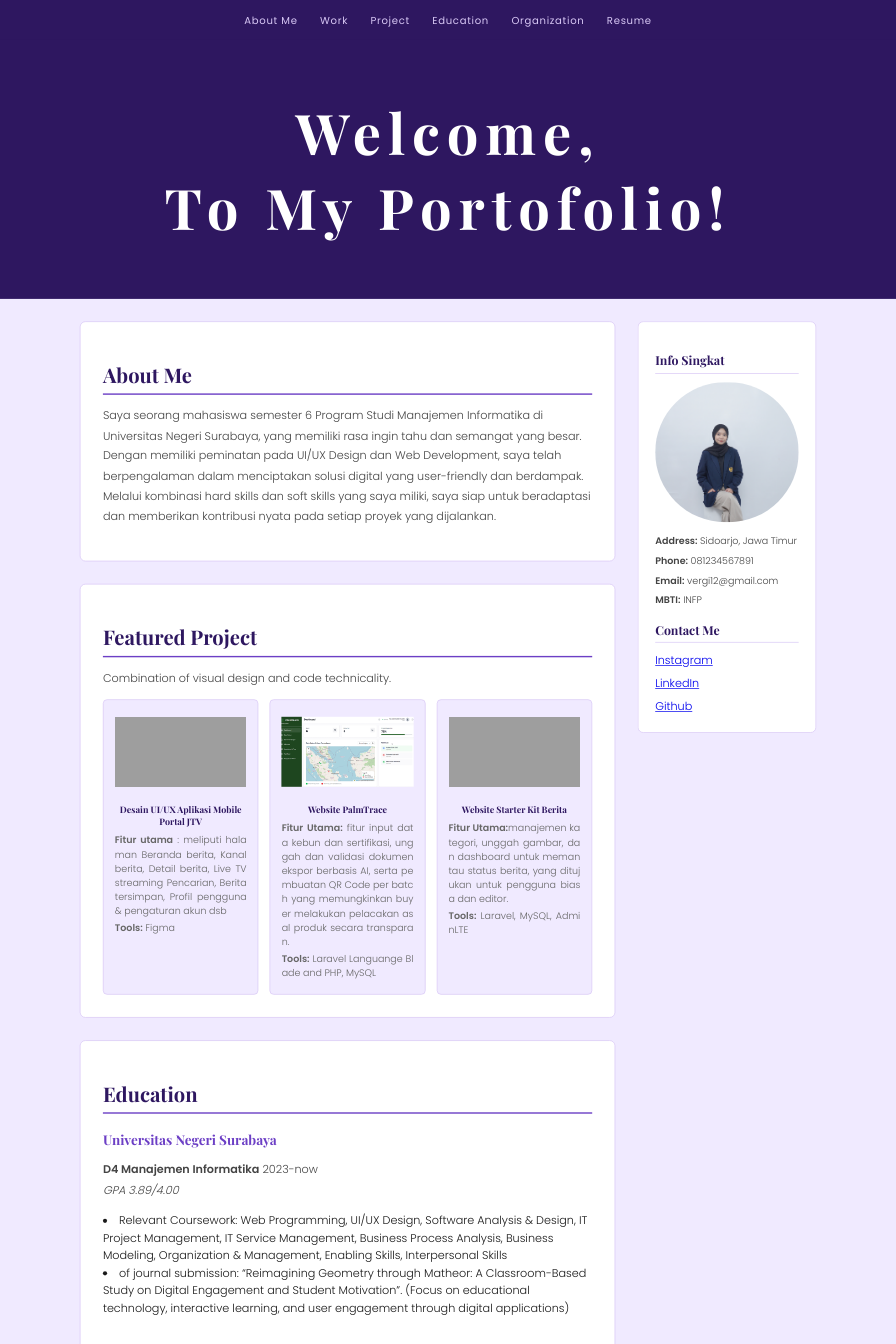
Repository: VergiMutiaRahmasyani/Website-Portofolio
Page: index.html
The author's editor kept a copy of each file at every save. The page is drawn from the files as they stood at one save, then again after the next save.
The browser window is 1280 px wide. The pictures show the part of the page from y = 0 to 1920 px (the page is 2877 px tall), at 70% of full size.
Pictures or frames that could not be fetched are drawn as grey boxes.

Above is the page before, as saved 2026-03-07 15:01:21.

### index.html
<!DOCTYPE html>
<html>
    <head>
        <meta charset="utf-8" />
        <meta name="viewport" content="width=device-width, initial-scale=1.0" />
        <title>Portofolio Vergi</title>

        <!-- My Own CSS -->
        <link rel="stylesheet" href="css/style.css" />

        <!-- Google Fonts -->
        <link rel="preconnect" href="https://fonts.googleapis.com">
        <link rel="preconnect" href="https://fonts.gstatic.com" crossorigin>
        <link href="https://fonts.googleapis.com/css2?family=Playfair+Display:wght@400;700&family=Poppins:wght@300;400;600&display=swap" rel="stylesheet">
    </head>

    <body>

        <!-- HEADER -->
        <header class="site-header">

            <!-- NAVBAR -->
            <div class="navbar">
                <nav class="nav-list">
                    <ul>
                        <li><a href="#About">About Me</a></li>
                        <li><a href="#Work">Work</a></li>
                        <li><a href="Project">Project</a></li>
                        <li><a href="#Education">Education</a></li>
                        <li><a href="Organization">Organization</a></li>
                        <li><a href="https://drive.google.com/file/d/13-ep7ykiG-k7d2KfzBZSPx55XoqW1qHe/view?usp=sharing" target="_blank"> Resume</a></li>
                    </ul>
                </nav>
            </div>

            <div class="hero">
                <div class="hero-overlay">
                    <h1>Welcome, <br> To My Portofolio!</h1>
                </div>
            </div>

        </header>

        <!-- MAIN -->
        <main>
            <div class="content-wrapper">
                <div id="content">
                    <article id="About">
                        <h2>About Me</h2>
                        <p>
                            Saya seorang mahasiswa semester 6 Program Studi Manajemen Informatika di Universitas Negeri Surabaya, yang memiliki rasa
                            ingin tahu dan semangat yang besar. Dengan memiliki peminatan pada UI/UX Design dan Web Development,
                            saya telah berpengalaman dalam menciptakan solusi digital yang user-friendly dan berdampak. Melalui
                            kombinasi hard skills dan soft skills yang saya miliki, saya siap untuk beradaptasi dan memberikan kontribusi
                            nyata pada setiap proyek yang dijalankan.
                        </p>
                    </article>

                    <article id="Project">
                        <h2>Featured Project</h2>
                        <p>
                            Combination of visual design and code technicality.
                        </p>

                        <div class="project-list">
                            <div class="project-card">
                                <img src="D:\STUPEN\celerates\SUBMISSION\Web Portofolio\img\portaljtv.png" alt="Portal JTV" class="project-img" />
                                <h3>Desain UI/UX Aplikasi Mobile Portal JTV</h3>
                                <p><strong>Fitur utama</strong> : meliputi halaman Beranda berita, Kanal berita, Detail berita, Live TV streaming
                                    Pencarian, Berita tersimpan, Profil pengguna & pengaturan akun dsb</p>
                                <p><strong>Tools:</strong> Figma</p>
                            </div>
                            <div class="project-card">
                                <img src="img/palmtrace website.png" alt="Palm Trace Website" class="project-img"/>
                                <h3>Website PalmTrace</h3>
                                <p><strong>Fitur Utama:</strong>  fitur input data kebun dan sertifikasi, unggah dan validasi dokumen ekspor berbasis
                                    AI, serta pembuatan QR Code per batch yang memungkinkan buyer melakukan pelacakan asal
                                    produk secara transparan.</p>
                                <p><strong>Tools:</strong>  Laravel Languange Blade and PHP, MySQL</p>
                            </div>
                            <div class="project-card">
                                <img src="D:\STUPEN\celerates\SUBMISSION\Web Portofolio\img\starter kit berita.png" alt="Website Berita" class="project-img"/>
                                <h3>Website Starter Kit Berita </h3>
                                <p><strong>Fitur Utama:</strong>manajemen kategori, unggah gambar, dan dashboard untuk memantau status berita, yang
                                    ditujukan untuk pengguna biasa dan editor.</p>
                                <p><strong>Tools:</strong> Laravel, MySQL, AdminLTE</p>
                            </div>
                        </div>
                    </article>

                    <article id="Education">
                        <h2>Education</h2>
                        <h3>Universitas Negeri Surabaya</h3>
                        <p>
                            <strong>D4 Manajemen Informatika</strong>  2023-now
                            <br><em>GPA 3.89/4.00</em>
                            <br>
                        </p>
                        <p>
                            <li > Relevant Coursework: Web Programming, UI/UX Design, Software Analysis & Design, IT Project Management, IT Service Management, Business Process
                                Analysis, Business Modeling, Organization & Management, Enabling Skills, Interpersonal Skills</li>
                            <li> of journal submission: “Reimagining Geometry through Matheor: A Classroom-Based Study on Digital
                                Engagement and Student Motivation”. (Focus on educational technology, interactive learning, and user
                                engagement through digital applications)</li>
                        </p>
                    </article>

                    <article id="pengalaman">
                        <h2>Experience</h2>
                        <p>
                            Sejak debut, TREASURE telah merilis berbagai album dan single yang sukses di tangga lagu Korea maupun internasional.
                        </p>

                        <h3> Organization </h3>
                        <ul class="pengalaman-list">
                            <li>
                                <strong>HIMAFORTIC Himpunan Mahasiswa Prodi Manajemen Informatika</strong>  Feb - Dec 2025
                                <br><em>Kepala Departemen Agama dan Sosial</em>
                                <br>Bertanggung jawab sebagai steering commitee di dalam program kerja dengan menjadi pengarah,
                                pengawas, dan penasihat  pada seluruh sie/peran.
                            </li>
                            <li>
                                <strong>Unit Kegiatan Ilmiah Universitas Negeri Surabaya</strong>  Sept 2023 - now
                                <br><em>Anggota UKIM UNESA</em>
                                <br>Mengikuti kegiatan rutin yang dimiliki seperti penyusunan artikel ilmiah, kajian penggunaan anggaran
                                dan berpartisipasi dalam program kerja.
                            </li>


                        <h3>Volunteer</h3>
                        <ul class="pengalaman-list">
                            <li>
                                <strong>GALAKSI 2023</strong>  Marc - Sept 2024
                                <br><em>Sie Sponsorship dan Konsumsi </em>
                                <br> Bertugas mencari dana/kerjasama (proposal, follow-up, negosiasi) untuk menunjang pendanaan acara dan merencanakan menu, memesan, hingga mendistribusikan konsumsi.
                            </li>
                    </article>

                </div>

                <!-- ASIDE -->
                <aside>
                    <div class="aside-inner">
                        <h3>Info Singkat</h3>
                        <img src="img/vergi photo.jpeg" alt="Foto Vergi" class="aside-img" />
                        <ul class="aside-info">
                            <li><strong>Address:</strong> Sidoarjo, Jawa Timur</li>
                            <li><strong>Phone:</strong> 081234567891</li>
                            <li><strong>Email:</strong> vergi12@gmail.com</li>
                            <li><strong>MBTI:</strong> INFP</li>
                        </ul>

                        <h3>Contact Me</h3>
                        <ul class="aside-contact">
                            <li><a href="https://www.instagram.com/vergiimr/" target="_blank">Instagram</a></li>
                            <li><a href="www.linkedin.com/in/vergi-mutia" target="_blank">LinkedIn</a></li>
                            <li><a href="https://tiktok.com/@https://github.com/VergiMutiaRahmasyani" target="_blank">Github</a></li>
                        </ul>
                    </div>
                </aside>
            </div>

        </main>

        <!-- FOOTER -->
        <footer>
            <p>Website Portofolio Vergi &copy;2026 </p>
        </footer>

    </body>
</html>

### css/style.css
*,
*::before,
*::after {
    box-sizing: border-box;
}

body {
    font-family: 'Poppins', sans-serif;
    font-weight: 300;
    background-color: #f0eaff;
    color: #1a1a1a;
    margin: 0;
}

header.site-header {
    background-color: #2e1760;
    color: white;
}

/* NAVBAR */
header.site-header .navbar {
    padding: 1rem 2rem;
    position: fixed;
    top: 0;
    left: 0;
    right: 0;
    width: 100%;
    z-index: 999;
    background-color: #2e1760;
}

header.site-header .nav-list ul {
    list-style: none;
    padding: 0;
    margin: 0;

    display: flex;
    justify-content: center;
    gap: 2rem;
}

header.site-header .nav-list li a {
    text-decoration: none;
    color: #d8c8f5;
    font-size: 0.9rem;
    font-weight: 400;
    letter-spacing: 1px;
    transition: color 0.2s ease;
}

header.site-header .nav-list li a:hover {
    color: white;
}

/* HERO */
header.site-header .hero {
    position: relative;
    width: 100%;
    height: 370px;
    overflow: hidden;
    margin-top: 57px;
}

header.site-header .hero .hero-overlay {
    position: absolute;
    inset: 0;
    display: flex;
    align-items: center;
    justify-content: center;
}

header.site-header .hero .hero-overlay h1 {
    font-family: 'Playfair Display', serif;
    font-size: 5rem;
    letter-spacing: 10px;
    color: white;
    margin: 0;
    text-align: center;
}


/*MAIN*/

main {
    max-width: 1100px;
    margin-inline: auto;
    padding: 2rem 1.5rem;
}

.content-wrapper {
    display: flex;
    gap: 2rem;
    align-items: flex-start;
}

#content {
    flex: 3;

    display: flex;
    flex-direction: column;
    gap: 2rem;
}


/* ARTICLE*/

article {
    background-color: white;
    border: 1px solid #d8c8f5;
    border-radius: 8px;
    padding: 2rem;
}

article h2 {
    font-family: 'Playfair Display', serif;
    font-size: 1.8rem;
    margin-bottom: 1rem;
    padding-bottom: 0.5rem;
    border-bottom: 2px solid #6c3fc5;
    color: #2e1760;
}

article h3 {
    font-family: 'Playfair Display', serif;
    font-size: 1.2rem;
    margin-top: 1.5rem;
    margin-bottom: 0.5rem;
    color: #6c3fc5;
}

article p {
    line-height: 1.8;
    margin-bottom: 1rem;
    color: #444;
}

/* PROJECT CARDS */

.project-list {
    display: flex;
    flex-wrap: wrap;
    gap: 1rem;
    margin-top: 0.5rem;
}

.project-card {
    flex: 1 1 160px;
    background-color: #f0eaff;
    border: 1px solid #d8c8f5;
    border-radius: 6px;
    padding: 1rem;
}

.project-img {
    width: 100%;
    max-width: 250px;
    height: 100px;
    object-fit:cover;
    object-position: top;
    display: block;
    margin: 0.5rem auto 1rem auto;
    border-radius: 0px;
}

.project-card h3 {
    font-size: 0.8rem;
    margin-top: 0.5;
    margin-bottom: 0.5rem;
    text-align: center;
    color: #2e1760;
}

.project-card p {
    font-size: 0.85rem;
    color: #666;
    margin: 0.2rem 0;
    line-height: 1.5;
    text-align: justify;
    text-justify: inter-word;
    word-break: break-all;
}

/*EXPERIENCE LIST*/

.pengalaman-list {
    list-style: none;
    padding: 0;
    margin: 0.5rem 0 1rem 0;

    display: flex;
    flex-direction: column;
    gap: 0.6rem;
}

.pengalaman-list li {
    padding: 0.7rem 1rem;
    background-color: #f0eaff;
    border-left: 3px solid #6c3fc5;
    border-radius: 0 4px 4px 0;
    font-size: 0.9rem;
    color: #444;
    line-height: 1.6;
}

/*ASIDE*/

aside {
    flex: 1;
    position: sticky;
    top: 80px;
}

aside .aside-inner {
    background-color: white;
    border: 1px solid #d8c8f5;
    border-radius: 8px;
    padding: 1.5rem;
}

aside h3 {
    font-family: 'Playfair Display', serif;
    font-size: 1.1rem;
    margin-top: 1.2rem;
    margin-bottom: 0.8rem;
    padding-bottom: 0.4rem;
    border-bottom: 1px solid #d8c8f5;
    color: #2e1760;
}

.aside-img {
    width: 100%;
    max-width: 250px;
    height: 200px;
    object-fit: cover;
    object-position: center;
    display: block;
    margin: 0.5rem auto 1rem auto;
    border-radius: 100px;
}

.aside-info {
    list-style: none;
    padding: 0;
    margin: 0;

    display: flex;
    flex-direction: column;
    gap: 0.4rem;
}

.aside-info li {
    font-size: 0.85rem;
    color: #444;
    line-height: 1.6;
}

.aside-contact {
    list-style: none;
    padding: 0;
    margin: 0;

    display: flex;
    flex-direction: column;
    gap: 0.5rem;
}

.aside-social li a {
    display: block;
    text-align: center;
    padding: 0.5rem;
    background-color: #6c3fc5;
    color: white;
    text-decoration: none;
    border-radius: 4px;
    font-size: 0.85rem;
    letter-spacing: 1px;
    transition: background-color 0.2s ease;
}

.aside-social li a:hover {
    background-color: #9b6ee0;
}


/*FOOTER */

footer {
    background-color: #2e1760;
    color: #d8c8f5;
    text-align: center;
    padding: 1.5rem;
    margin-top: 3rem;
    font-size: 0.85rem;
    letter-spacing: 1px;
}


@media screen and (max-width: 768px) {
    header.site-header .nav-list ul {
        flex-wrap: wrap;
        justify-content: center;
        gap: 0.8rem;
    }

    .content-wrapper {
        flex-direction: column;
    }

    aside {
        position: static;
        width: 100%;
    }

    .project-card {
        flex: 1 1 130px;
    }
}

After the next save:
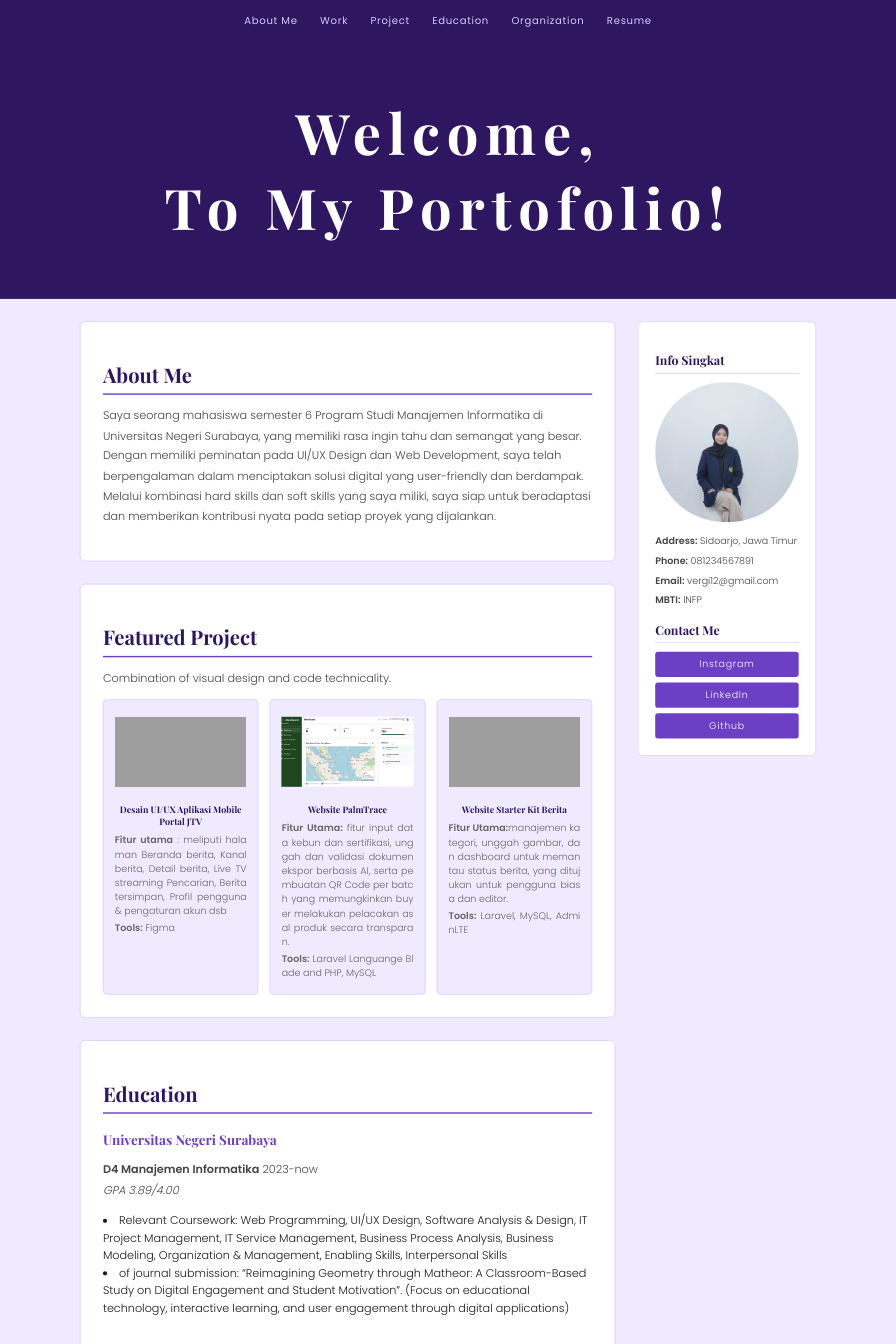
Saved 47 s later.
--- a/css/style.css
+++ b/css/style.css
@@ -264,7 +264,7 @@ aside h3 {
     gap: 0.5rem;
 }
 
-.aside-social li a {
+.aside-contact li a {
     display: block;
     text-align: center;
     padding: 0.5rem;
